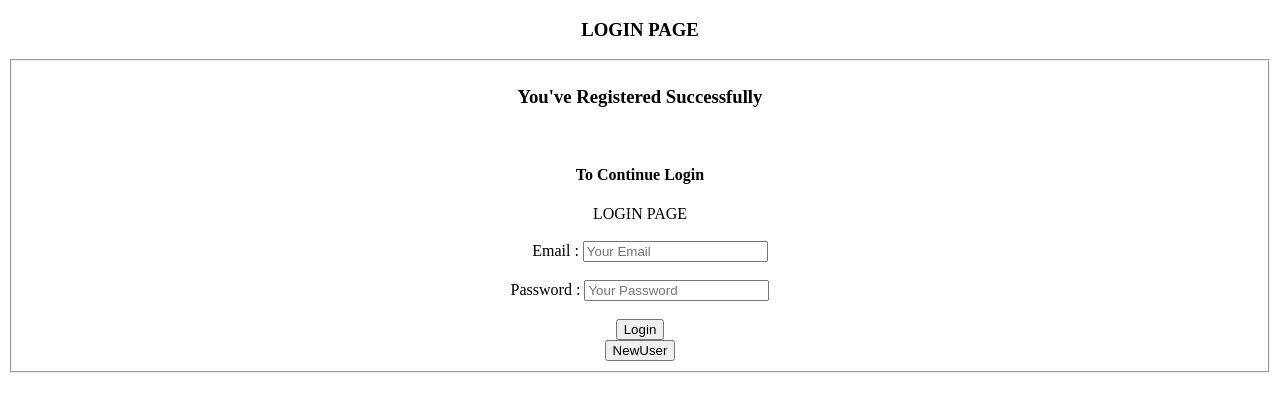
Repository: msibgathulla9980/Servlet
Page: ServletJdbcApp/WebContent/login.html
These files come from the project's save history. The page is drawn as it stood at one moment and after the next save; the edit follows.
The browser window is 1280 px wide. The pictures show the whole page.

Above is the page before, as saved 2019-01-24 04:56:21.

After the next save:
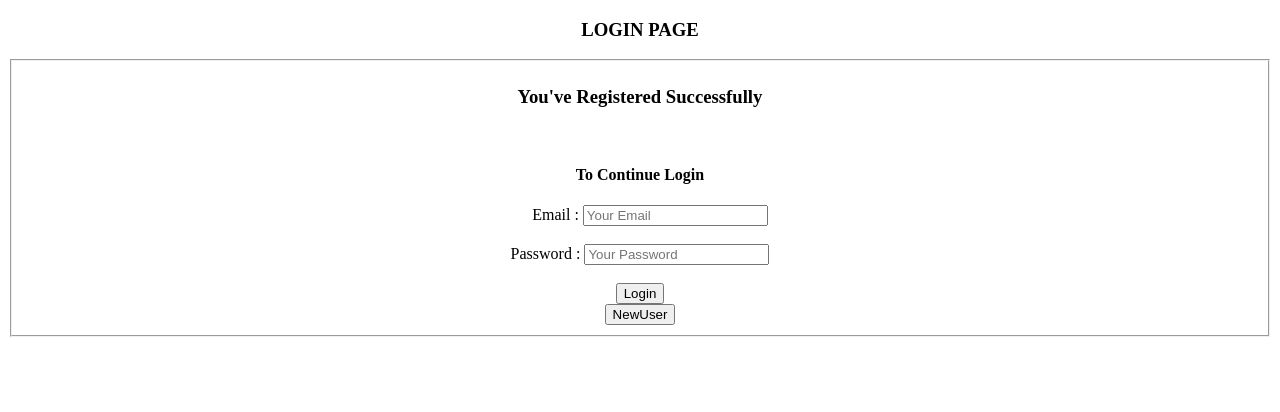
Saved 57 s later.
--- a/ServletJdbcApp/WebContent/login.html
+++ b/ServletJdbcApp/WebContent/login.html
@@ -11,7 +11,6 @@
 <h3>You've Registered Successfully</h3><br>
 <h4>To Continue Login</h4>
 <form action="login" method="post">
-<legend>LOGIN PAGE</legend><br>
 &nbsp;&nbsp;&nbsp;&nbsp;&nbsp;Email :
 <input type="email" name="email" placeholder="Your Email" required/><br><br>
 Password :
